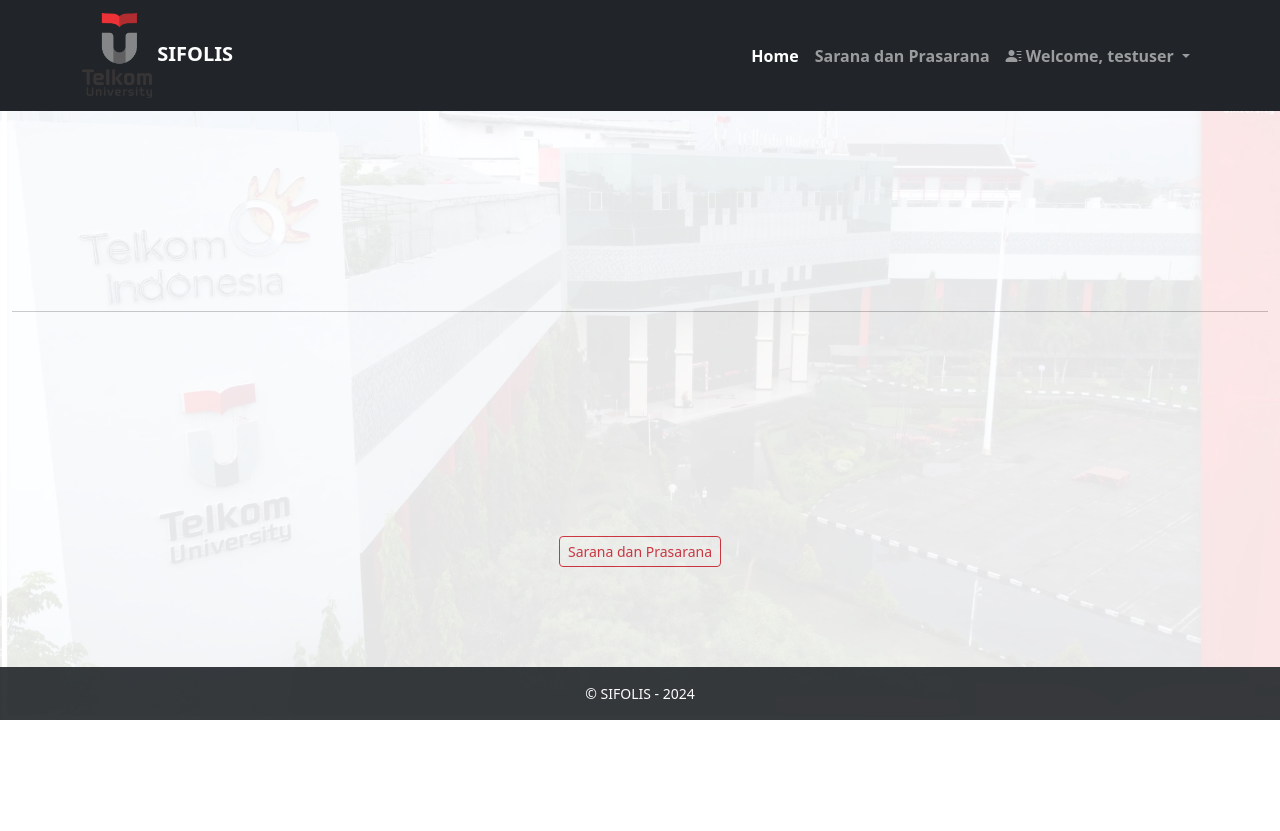
Repository: Audi87/uas_framework
Page: http://localhost/
The author's editor kept a copy of each file at every save. The page is drawn from the files as they stood at one save, then again after the next save.
The browser window is 1280 px wide. The pictures show the whole page.
Some web libraries are served in a nearby version. The page is served by the project's Laravel application, run on PHP 8.4 with Laravel 10. A made-up administrator, Test User (test@example.com), is signed in.

Above is the page before, as saved 2024-06-13 20:26:37.

After the next save:
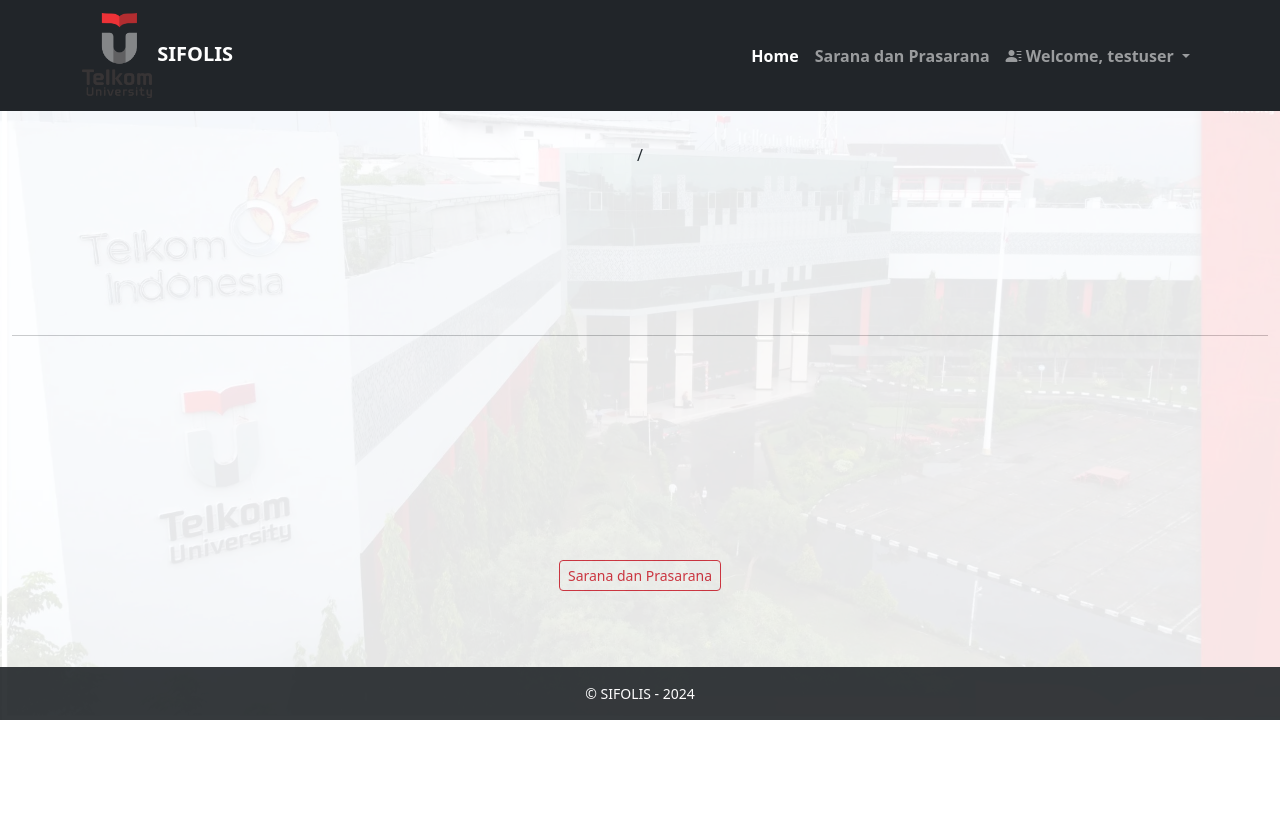
Saved 6 s later.
--- a/resources/views/index.blade.php
+++ b/resources/views/index.blade.php
@@ -35,7 +35,7 @@
                             <strong>{{ session('success') }}</strong>
                         </div>
                         {{-- End alert --}}
-                    @endif
+                    @endif/
                 </div>
             </div>
 

After the save that followed:
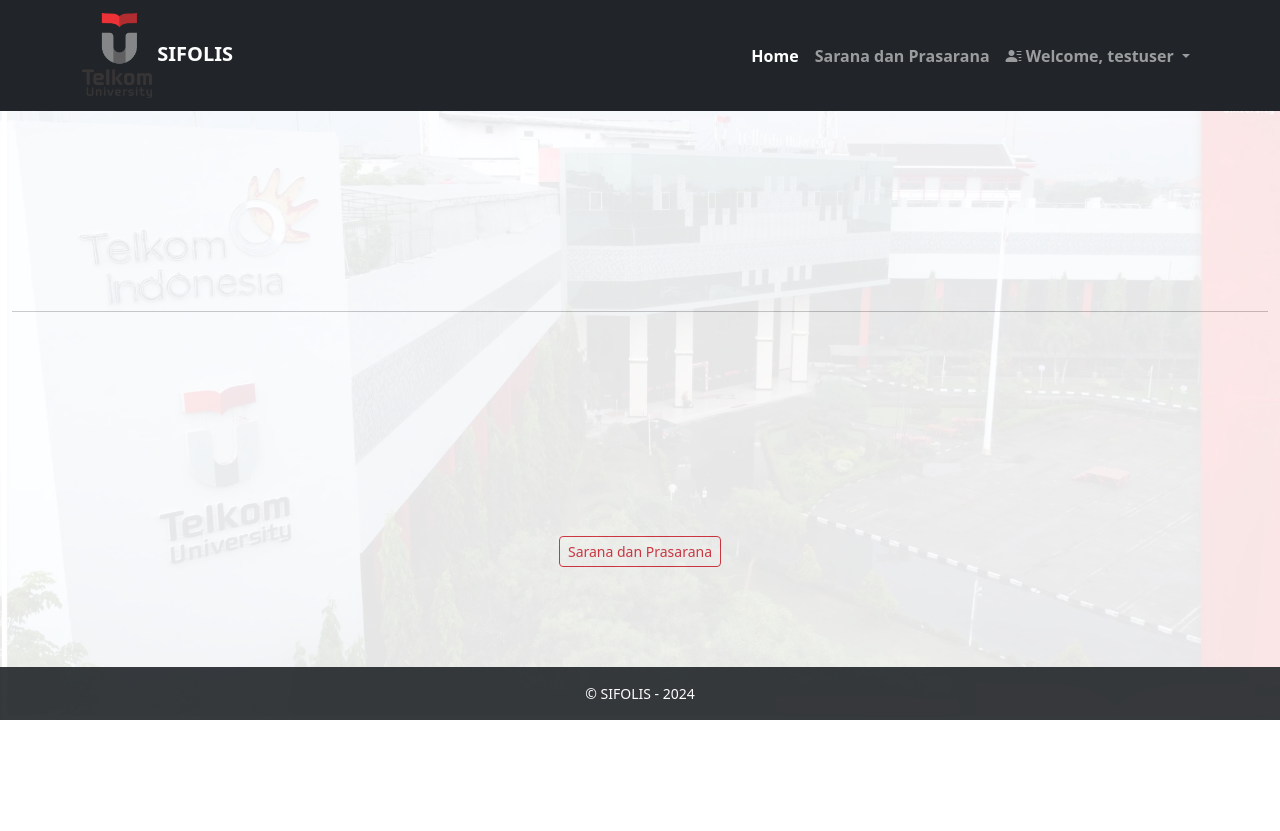
Saved 10 s later.
--- a/resources/views/index.blade.php
+++ b/resources/views/index.blade.php
@@ -35,7 +35,7 @@
                             <strong>{{ session('success') }}</strong>
                         </div>
                         {{-- End alert --}}
-                    @endif/
+                    @endif
                 </div>
             </div>
 
